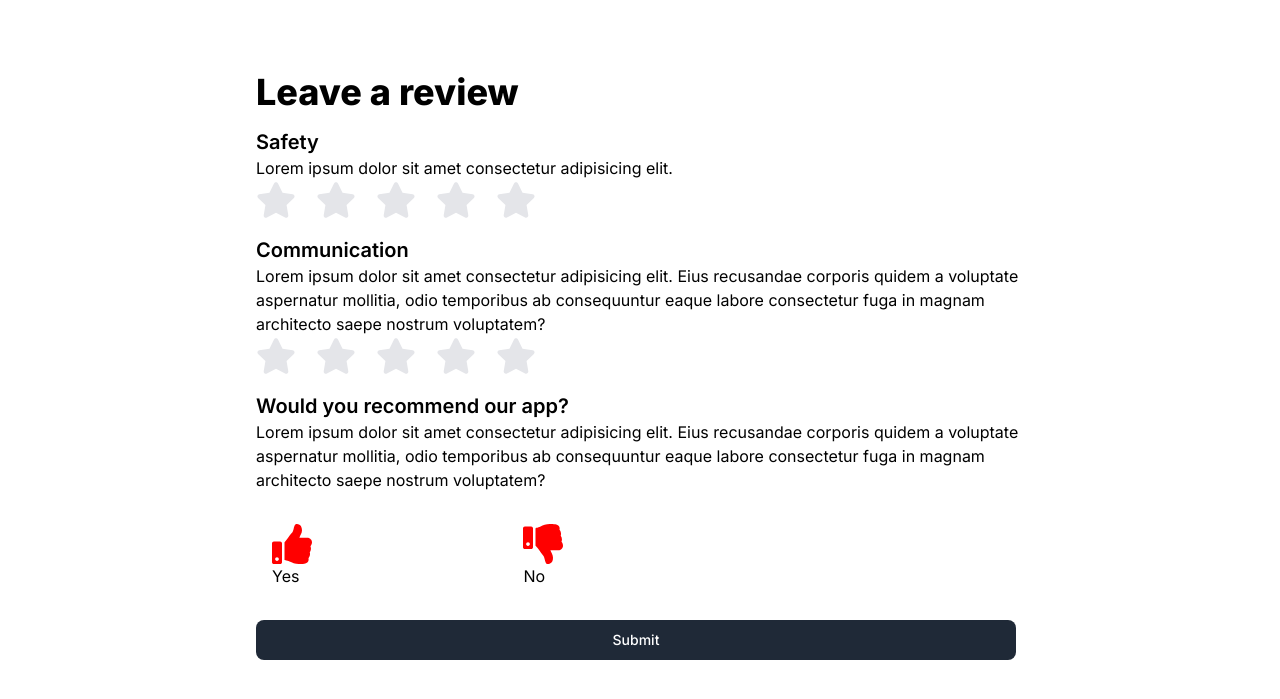
Repository: akankshaajoshi/review-form
Page: /review
The author's editor kept a copy of each file at every save. The page is drawn from the files as they stood at one save, then again after a run of saves.
The browser window is 1280 px wide. The pictures show the whole page.
The project was rebuilt for these pictures with package versions that can differ from the ones it lists, and the page was loaded fresh each time. The framework's server and built-in components were replaced by stand-ins that run in the browser. Also part of the build but not shown: next.config.mjs.

Above is the page before, as saved 2024-05-25 13:29:46.

After the next 2 saves:
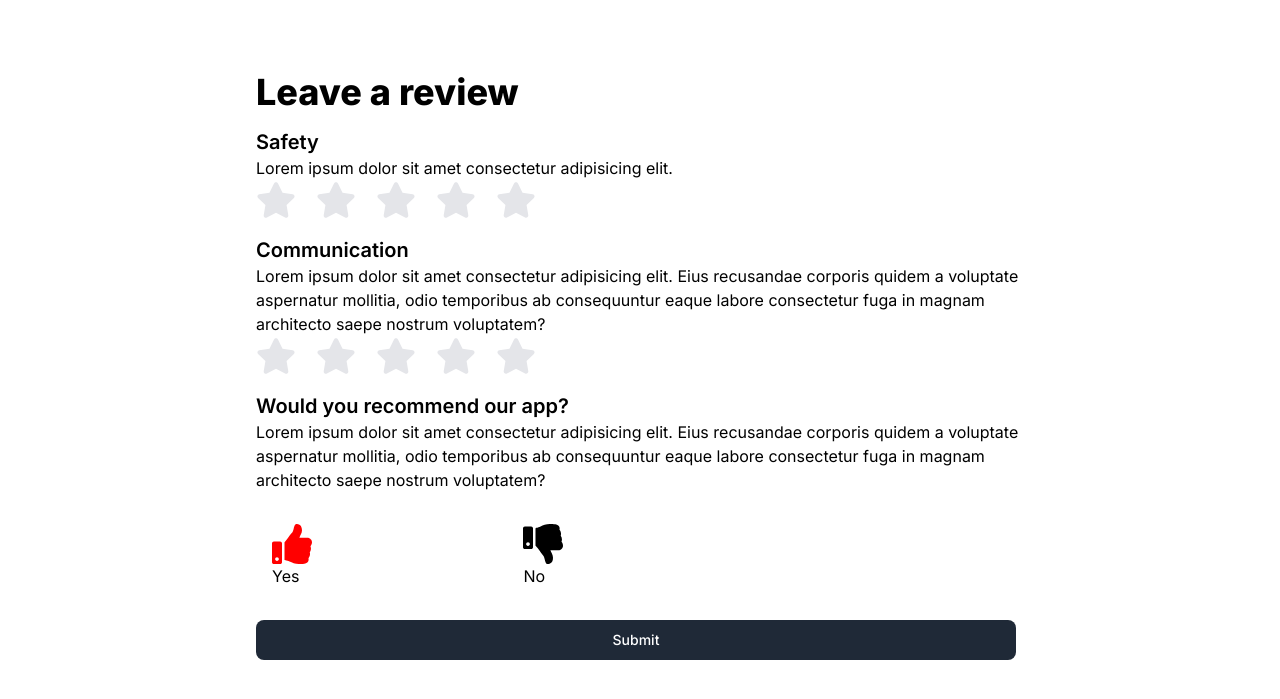
The 2 saves are shown as one change because they came seconds apart.
The last was saved 58 s later.
--- a/app/_components/TrueOrFalse/index.tsx
+++ b/app/_components/TrueOrFalse/index.tsx
@@ -28,7 +28,6 @@ const TrueOrFalse : React.FC<TrueOrFalseProps> = ({name}) =>{
             onClick={()=>setSelected("false")}>
             </input>
             <FaThumbsDown className="star" size={40}
-            color={selected==='false'? "#00ff00": "#ff0000"}
             ></FaThumbsDown>
             No
           </label>
